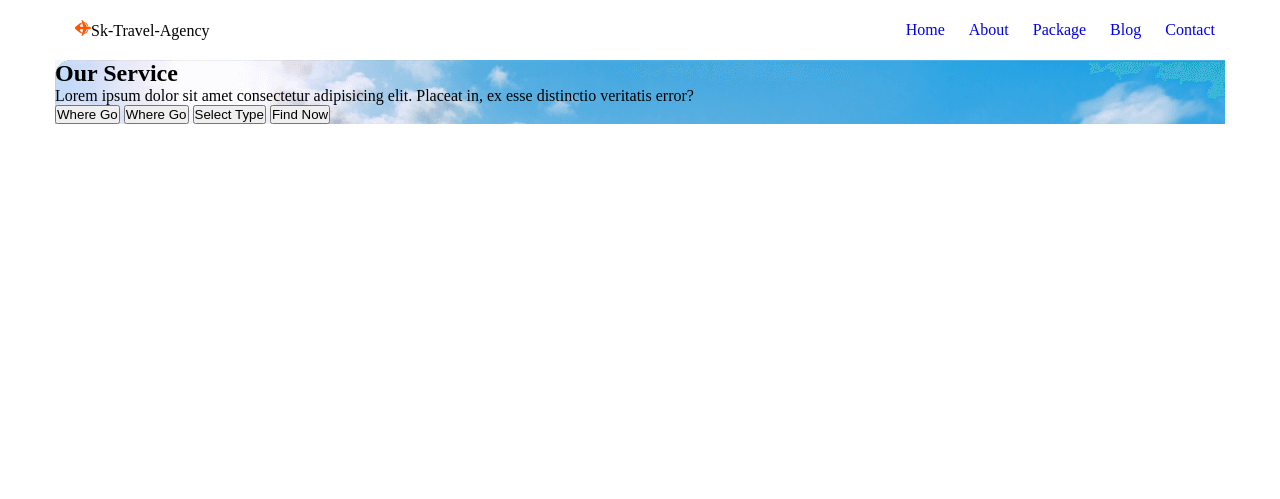
Repository: sumonkumarsarkar/Sk-Travel-Agency-
Page: index.html
An editor plug-in stored every save of this project. The page is shown before and after the next save, followed by the edit.
The browser window is 1280 px wide. The pictures show the whole page.

Above is the page before, as saved 2024-01-16 20:26:23.

### index.html
<!DOCTYPE html>
<html lang="en">
<head>
    <meta charset="UTF-8">
    <meta name="viewport" content="width=device-width, initial-scale=1.0">
    <title>Sk-Travel-Agency</title>
    <link rel="stylesheet" href="./style.css">

    <link rel="stylesheet" href="https://cdnjs.cloudflare.com/ajax/libs/font-awesome/6.5.1/css/all.min.css" integrity="sha512-DTOQO9RWCH3ppGqcWaEA1BIZOC6xxalwEsw9c2QQeAIftl+Vegovlnee1c9QX4TctnWMn13TZye+giMm8e2LwA==" crossorigin="anonymous" referrerpolicy="no-referrer" />
</head>
<body>
    <header>
<nav>
    <div class="icon-header">
        <p> <span><img src="./Images/Group 40071 (2).png" alt=""></span>Sk-Travel-Agency</p>
    </div>
    <div class="menu-header">
        <ul>
            <li><a href="#">Home</a></li>
            <li><a href="#">About</a></li>
            <li><a href="#">Package</a></li>
            <li><a href="#">Blog</a></li>
            <li><a href="#">Contact</a></li>
        </ul>
    </div>
</nav>

<section>
    <div class="banner-section">
       <div class="banner-text">
        <h2>Our Service</h2>
        <p>Lorem ipsum dolor sit amet consectetur adipisicing elit. Placeat in, ex esse distinctio veritatis error?</p>
       </div>
       <div class="banner-button">
        <button type="button">Where Go</button>
        <button type="button">Where Go <span></span></button>
        <button type="button">Select Type <span></span></button>
        <button type="button"> <span></span>Find Now</button>
       </div>
    </div>
</section>
    </header>
    <main>

    </main>
    <footer>

    </footer>
</body>
</html>

### style.css
*{
    margin: 0;
    padding: 0;
}


/* header menu bar start  */

header{
    max-width: 1170px;
    background:#FFF;
    margin: 0 auto;

}
nav{
    display: flex;
    justify-content: space-between;
    align-items: center;
}
.icon-header{
    align-items: center;
    padding:20px;
}
.icon-header img{
    width: 1rem;
    height: 1rem;
}
.menu-header ul{
    list-style: none;

}
.menu-header ul li{
   display: inline-block;
   padding: 10px 10px;

}
.menu-header ul li a{
    text-decoration: none;
}
section{
    max-width: 1170px;
    height: 400px;

    margin: 0 auto;
}
.banner-section{
    background-image: url("./Images/Group 13 (1) (1).png");
}
/* header menu bar end  */

After the next save:
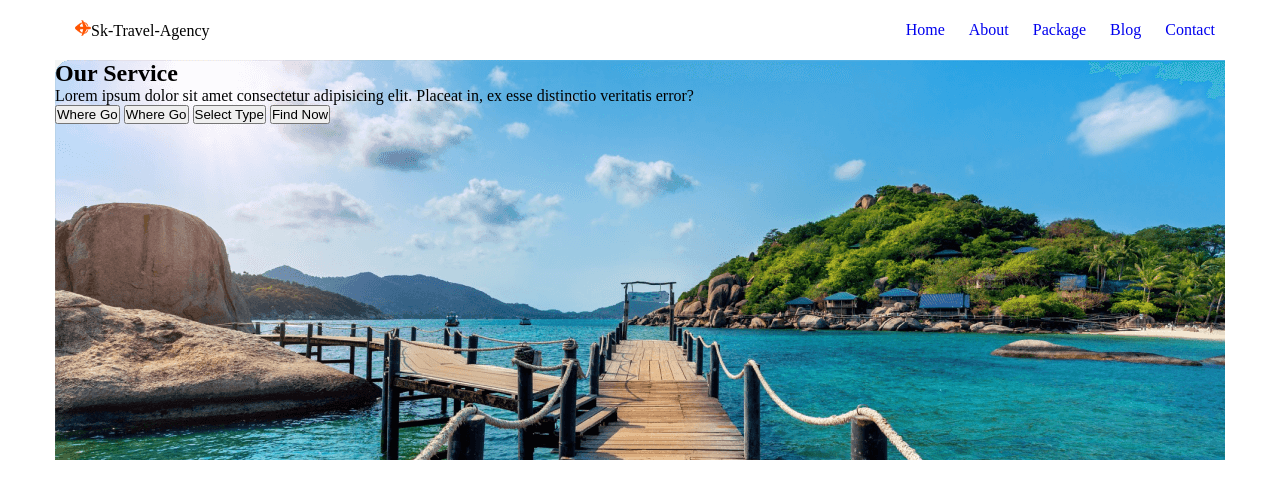
Saved 19 s later.
--- a/style.css
+++ b/style.css
@@ -39,11 +39,12 @@
 }
 section{
     max-width: 1170px;
-    height: 400px;
+
 
     margin: 0 auto;
 }
 .banner-section{
     background-image: url("./Images/Group 13 (1) (1).png");
+    height:400px;
 }
 /* header menu bar end  */

After the 2 saves that followed:
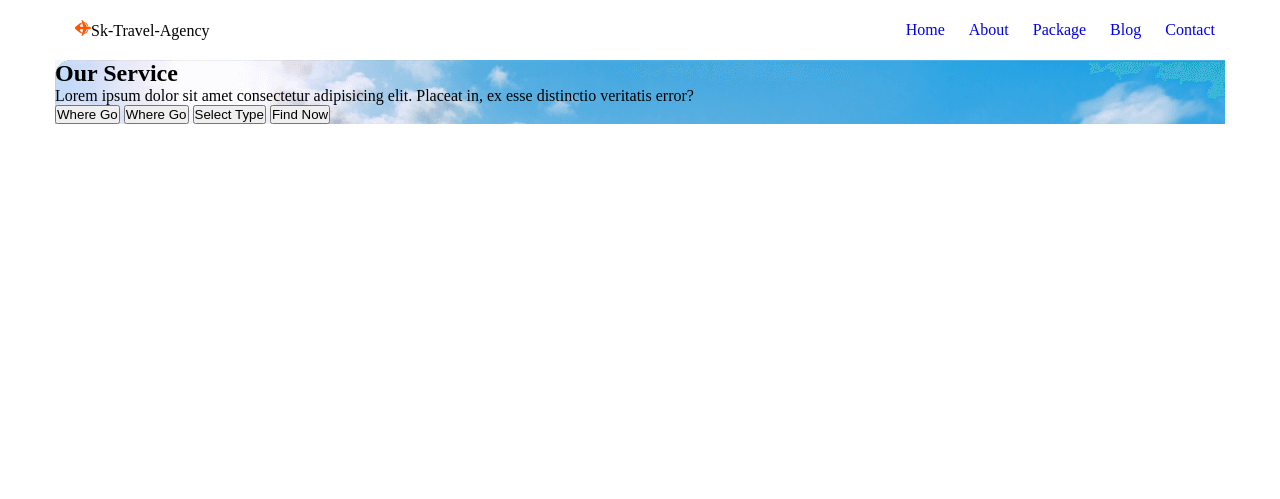
The 2 saves are shown as one change because 1 left the picture as it was.
The last was saved 34 s later.
--- a/style.css
+++ b/style.css
@@ -38,13 +38,13 @@
     text-decoration: none;
 }
 section{
-    max-width: 1170px;
+
 
 
     margin: 0 auto;
 }
 .banner-section{
     background-image: url("./Images/Group 13 (1) (1).png");
-    height:400px;
+ max-height: 600px;
 }
 /* header menu bar end  */
